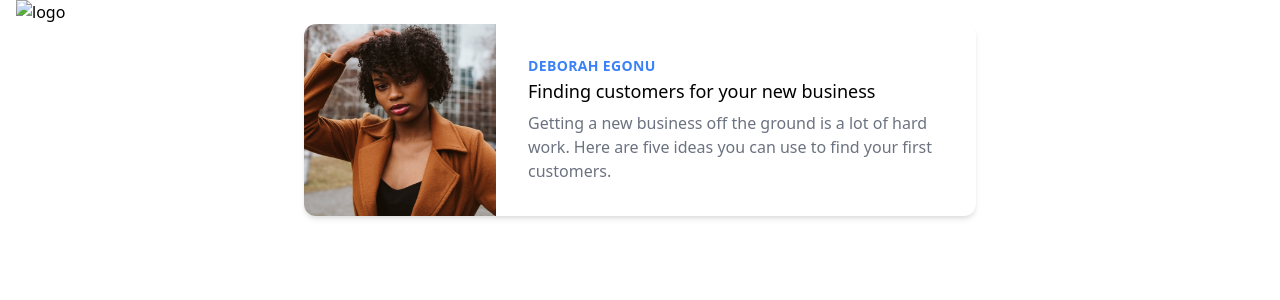
Repository: latenightsnacc/giggles
Page: HTML/index.html
An editor plug-in stored every save of this project. The page is shown before and after the next save, followed by the edit.
The browser window is 1280 px wide. The pictures show the whole page.
Some web libraries are served in a nearby version.

Above is the page before, as saved 2021-01-01 17:13:43.

After the next save:
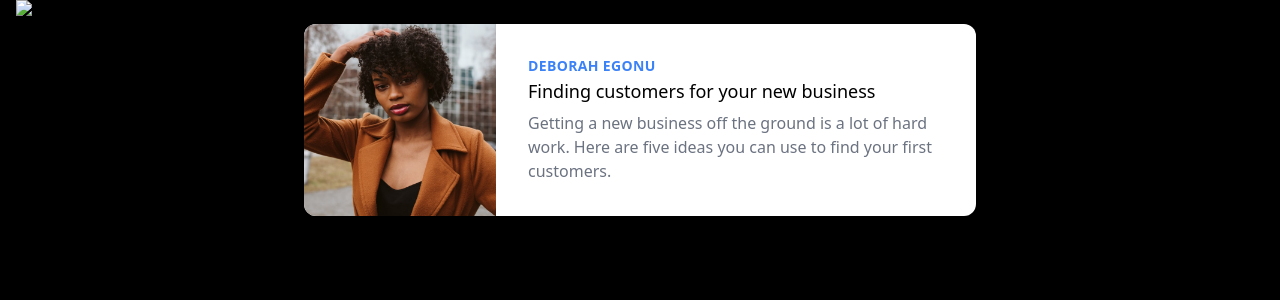
Saved 16 h 23 min later.
--- a/HTML/index.html
+++ b/HTML/index.html
@@ -8,7 +8,7 @@
 
     <title>Landing Page</title>
 </head>
-<body class="bg-grey-600 ">
+<body class="bg-black ">
     <div class="container mx-auto px-4">
         <a href="#">
             <img src="#" alt="logo">

After the save that followed:
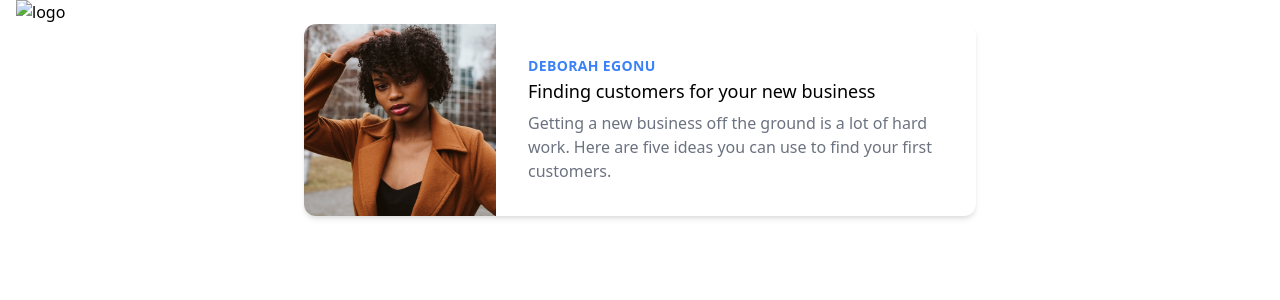
Saved 11 s later.
--- a/HTML/index.html
+++ b/HTML/index.html
@@ -8,7 +8,7 @@
 
     <title>Landing Page</title>
 </head>
-<body class="bg-black ">
+<body class="bg-white ">
     <div class="container mx-auto px-4">
         <a href="#">
             <img src="#" alt="logo">
